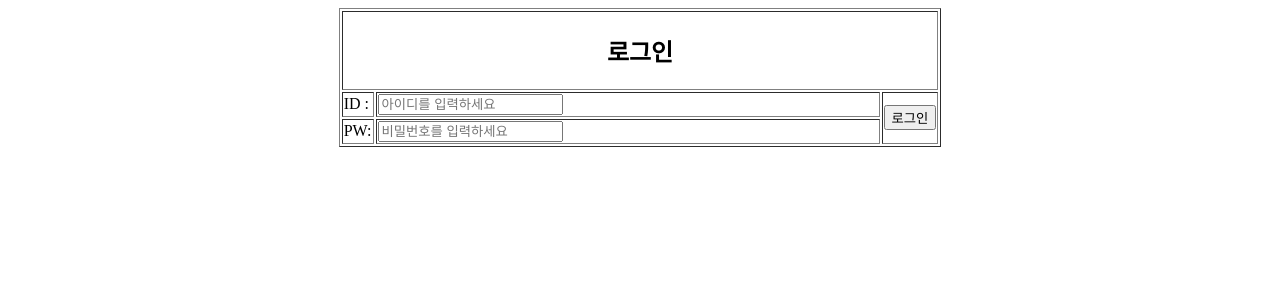
Repository: umhayun/myJSP
Page: HTML/src/main/webapp/login.html
These files come from the project's save history. The page is drawn as it stood at one moment and after the next save; the edit follows.
The browser window is 1280 px wide. The pictures show the whole page.

Above is the page before, as saved 2022-01-18 01:50:55.

### HTML/src/main/webapp/login.html
<!DOCTYPE html>
<html>
<head>
<meta charset="UTF-8">
<title>Insert title here</title>
</head>
<body>
<!--form태그는 데이터를 전송하기 위해서 사용 -->
<form action="">
<table align=center border="1">
	<tr>
		<td colspan=3 align=center><h2>로그인</h2></td>
	</tr>
	<tr>
		<td width="20">ID : </td>
		<td width="50"><input type="text" placeholder="아이디를 입력하세요"></td>
		<td rowspan=2 align=center><input type=submit value="로그인"></td>
	</tr>
	<tr>
		<td width="20">PW: </td>
		<td width="500"><input type="password" placeholder="비밀번호를 입력하세요"></td>
	</tr>

</table>
</form>

</body>
</html>

After the next save:
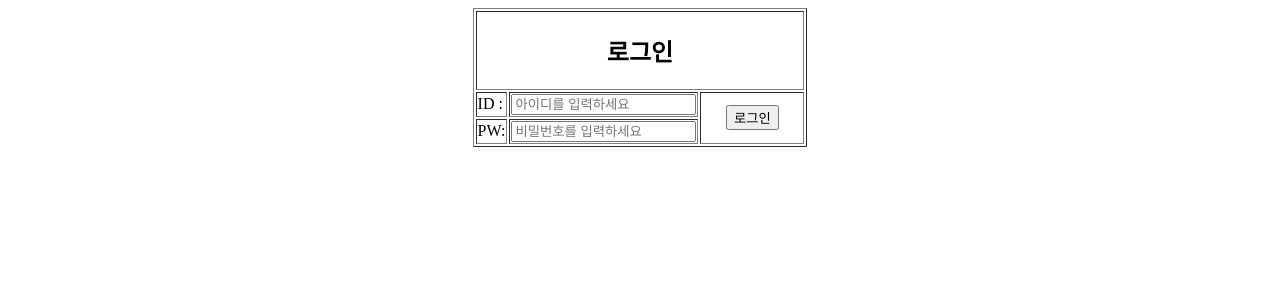
Saved 18 s later.
--- a/HTML/src/main/webapp/login.html
+++ b/HTML/src/main/webapp/login.html
@@ -14,11 +14,11 @@
 	<tr>
 		<td width="20">ID : </td>
 		<td width="50"><input type="text" placeholder="아이디를 입력하세요"></td>
-		<td rowspan=2 align=center><input type=submit value="로그인"></td>
+		<td width="100"rowspan=2 align=center><input type=submit value="로그인"></td>
 	</tr>
 	<tr>
 		<td width="20">PW: </td>
-		<td width="500"><input type="password" placeholder="비밀번호를 입력하세요"></td>
+		<td width="50"><input type="password" placeholder="비밀번호를 입력하세요"></td>
 	</tr>
 
 </table>
